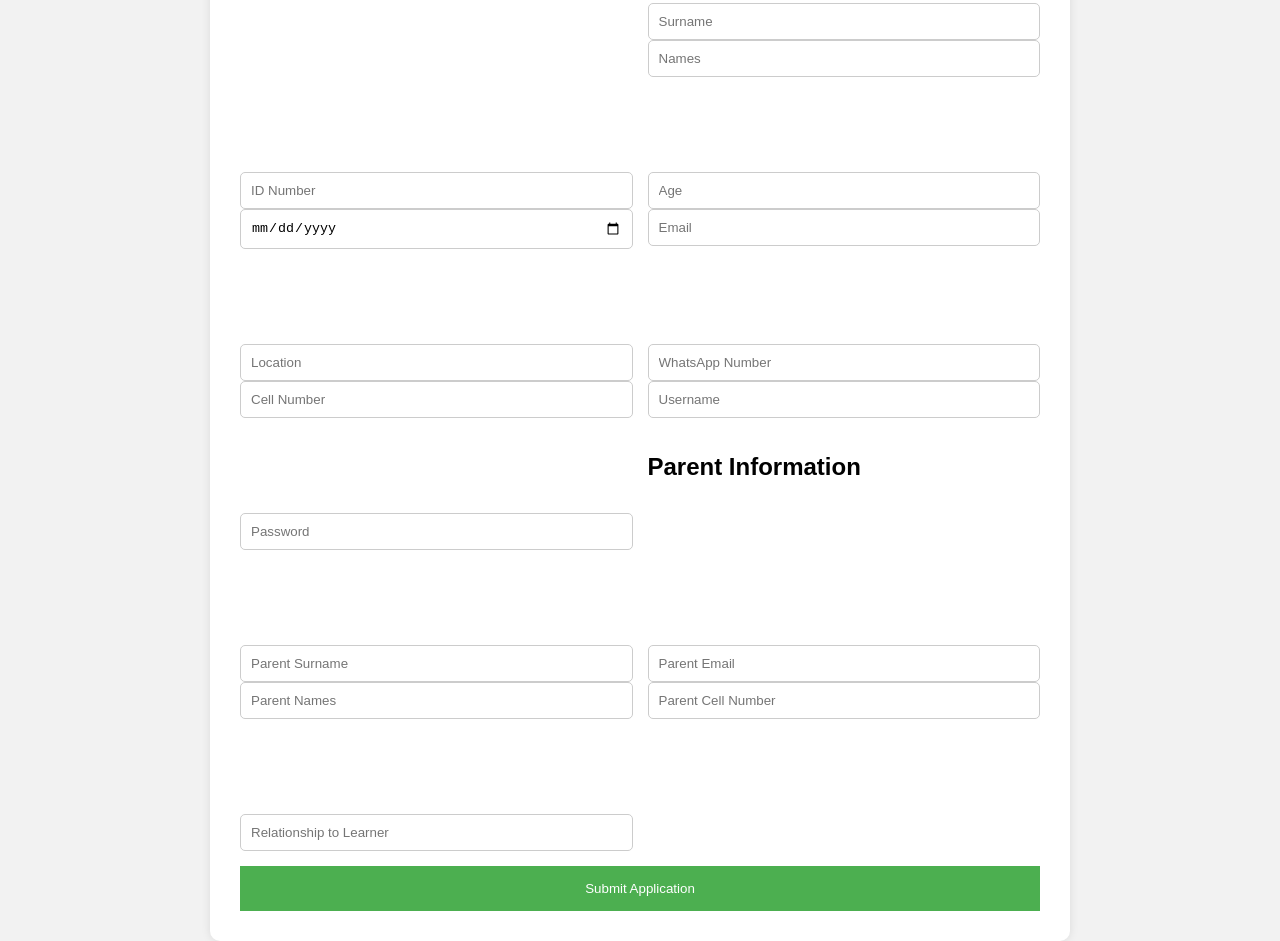
Repository: Soshtakovich/Asifunde
Page: Application_system/apply.html
These files come from the project's save history. The page is drawn as it stood at one moment and after the next save; the edit follows.
The browser window is 1280 px wide. The pictures show the whole page.

Above is the page before, as saved 2024-10-18 17:41:24.

After the next save:
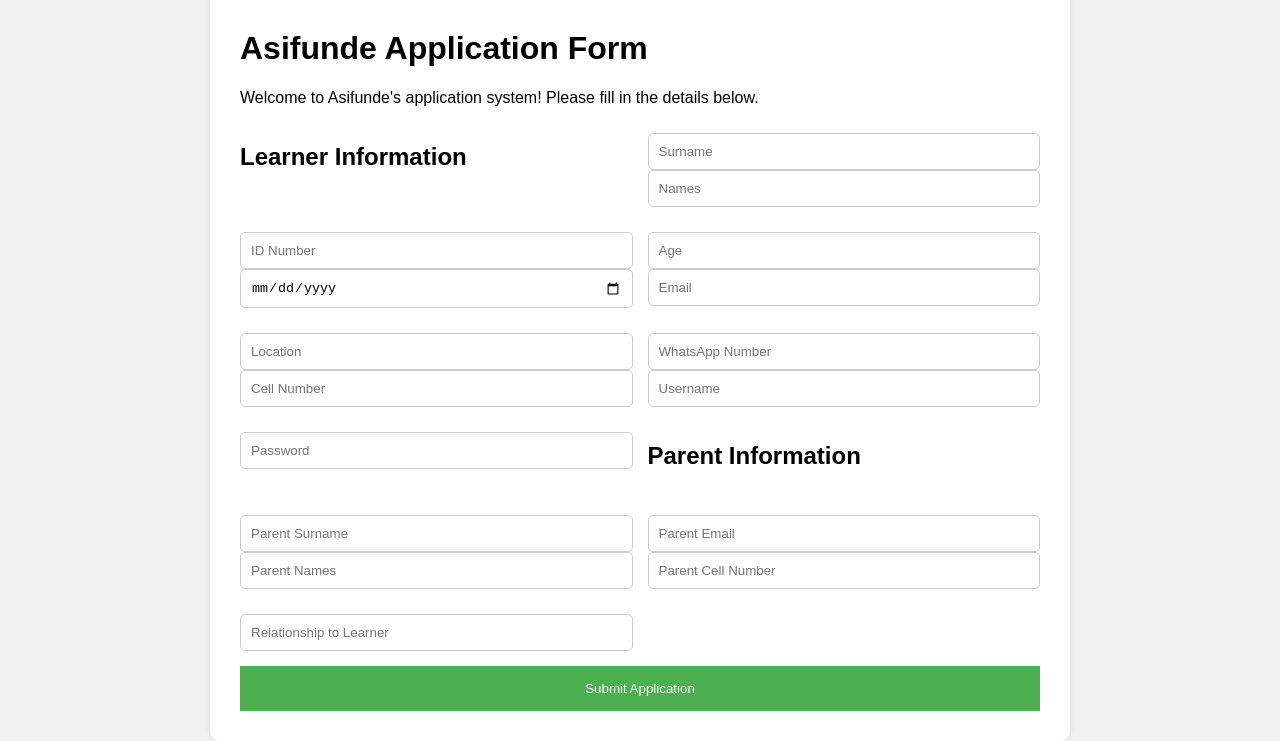
Saved 11 s later.
--- a/Application_system/statics/css/apply.css
+++ b/Application_system/statics/css/apply.css
@@ -43,7 +43,7 @@
 }
 
 .input-group{
-  margin-top: 80px;
+    margin-top: 10px;
 }
 
 /* Button Styling */
